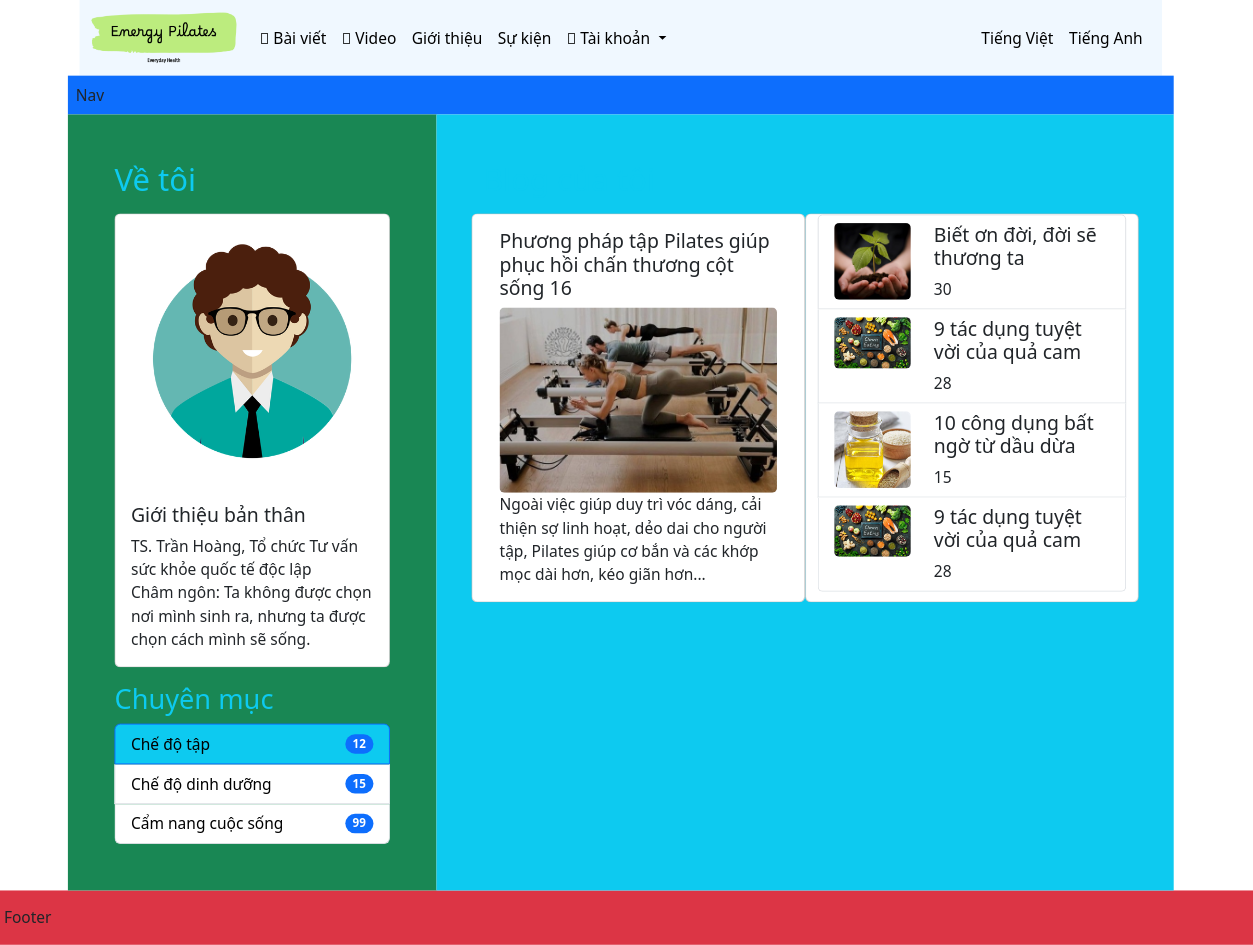
Repository: KizukoHeiwa/SOF308
Page: Lab1/index.html
These files come from the project's save history. The page is drawn as it stood at one moment and after the next save; the edit follows.
The browser window is 1280 px wide. The page is 1292 px wide, so the pictures cover 1292 px, including what lies to the right of the window. The pictures show the whole page, at 97% of full size.

Above is the page before, as saved 2024-10-31 10:38:55.

After the next save:
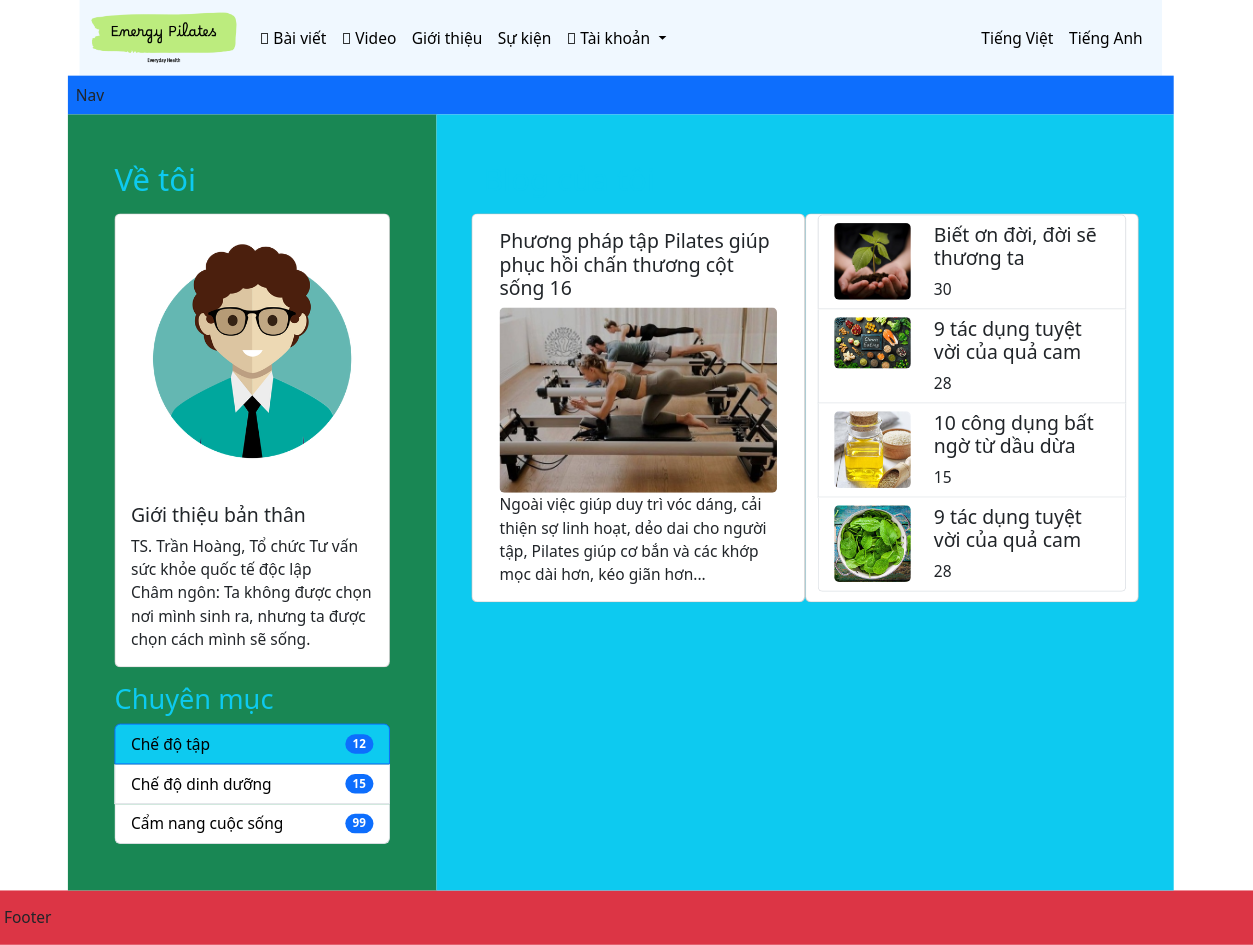
Saved 4 s later.
--- a/Lab1/index.html
+++ b/Lab1/index.html
@@ -150,7 +150,7 @@
                                 <li class="list-group-item d-flex justify-content-between align-items-start">
                                     <div class="row">
                                         <div class="col-4">
-                                            <img src="img/eat-clean.png" alt="" class="card-img">
+                                            <img src="img/spinach_300x300.jpg" alt="" class="card-img">
                                         </div>
                                         <div class="col-8">
                                             <h5>9 tác dụng tuyệt vời của quả cam</h5>
